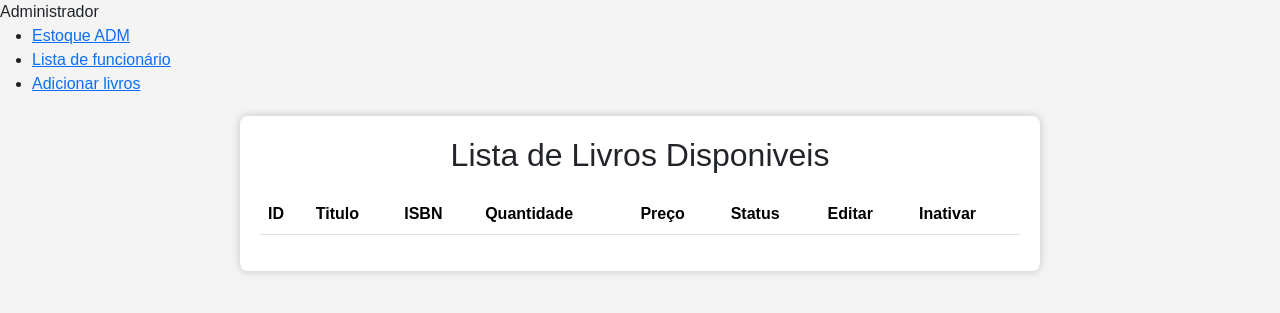
Repository: isabeli2203/tcc-final-agr-vai-oficial
Page: http://localhost/EstoqueADM
These files come from the project's save history. The page is drawn as it stood at one moment and after the next save; the edit follows.
The browser window is 1280 px wide. The pictures show the whole page.
The page is this project's Thymeleaf template; nobody is signed in. The template is opened directly, without the code that normally fills it, so the values that code supplies are empty.

Above is the page before, as saved 2023-10-14 17:48:43.

### universoliterario/src/main/resources/templates/EstoqueADM.html
<!DOCTYPE html>
<html lang="en">

<head>
	<meta charset="UTF-8">
	<meta name="viewport" content="width=device-width, initial-scale=1.0">
	<title>Lista de Livros</title>

	<script src="https://cdn.jsdelivr.net/npm/bootstrap@5.3.1/dist/js/bootstrap.min.js"
		integrity="sha384-Rx+T1VzGupg4BHQYs2gCW9It+akI2MM/mndMCy36UVfodzcJcF0GGLxZIzObiEfa"></script>
	<link href="https://cdn.jsdelivr.net/npm/bootstrap@5.3.1/dist/css/bootstrap.min.css" rel="stylesheet"
		integrity="sha384-4bw+/aepP/YC94hEpVNVgiZdgIC5+VKNBQNGCHeKRQN+PtmoHDEXuppvnDJzQIu9" crossorigin="anonymous">
	<style>
		body {
			font-family: Arial, sans-serif;
			margin: 0;
			padding: 0;
			background-color: #f4f4f4;
		}

		.container {
			max-width: 800px;
			margin: 20px auto;
			padding: 20px;
			background-color: #fff;
			border-radius: 8px;
			box-shadow: 0 0 10px rgba(0, 0, 0, 0.2);
		}

		h2 {
			text-align: center;
			margin-bottom: 20px;
		}

		.livro {
			border: 1px solid #ccc;
			border-radius: 4px;
			padding: 10px;
			margin-bottom: 10px;
			display: flex;
			justify-content: space-between;
			align-items: center;
		}

		.livro img {
			max-width: 100px;
			height: auto;
			margin-right: 10px;
		}

		.livro-info {
			flex: 1;
		}

		.livro-btns {
			display: flex;
			align-items: center;
		}

		.btn {
			background-color: #603fb6;
			color: #fff;
			padding: 5px 10px;
			border: none;
			border-radius: 4px;
			cursor: pointer;
			margin-left: 10px;
		}

		.btn-danger {
			background-color: #a682ff;
		}
	</style>
</head>

<body>
	<div class="sidebar">
		<div class="adm">Administrador</div>
		<ul class="menu">
			<li><a href="/universoliterario/funcionario/EstoqueADM">Estoque ADM</a></li>
			<li><a href="/universoliterario/funcionario/listaFun">Lista de funcionário</a></li>
			<li><a href="/universoliterario/funcionario/AdicionarLivroADM">Adicionar livros</a></li>
		</ul>
	</div>
		<div class="container">
		<h2>Lista de Livros Disponiveis</h2>

		<table class="table">
			<thead>
				<tr>

					<th scope="col">ID</th>
					<th scope="col">Titulo</th>
					<th scope="col">ISBN</th>
					<th scope="col">Quantidade</th>
					<th scope="col">Preço</th>
					<th scope="col">Status</th>
					<th scope="col">Editar</th>
					<th scope="col">Inativar</th>

				</tr>
			</thead>
			<tbody>
				<tr th:each="livro : ${livros}">
					<td th:text="${livro.id}"></td>
					<td th:text="${livro.titulo}"></td>
					<td th:text="${livro.isbn}"></td>
					<td th:text="${livro.quantidade}"></td>
					<td th:text="${livro.preco}"></td>
					<td th:text="${livro.statusLivro}"></td>
					<td><a th:href="@{/universoliterario/livros/EditarLivroADM/{id}(id=${livro.id})}"
							class="btn  btn-success btn-sm pb-0">
							Editar
						</a></td>
					<td><a th:href="@{/universoliterario/livros/inativarADM/{id}(id=${livro.id})}"
							class="btn  btn-success btn-sm pb-0">
							Inativar
						</a></td>
				</tr>
			</tbody>
		</table>
	</div>
</body>

</html>

After the next save:
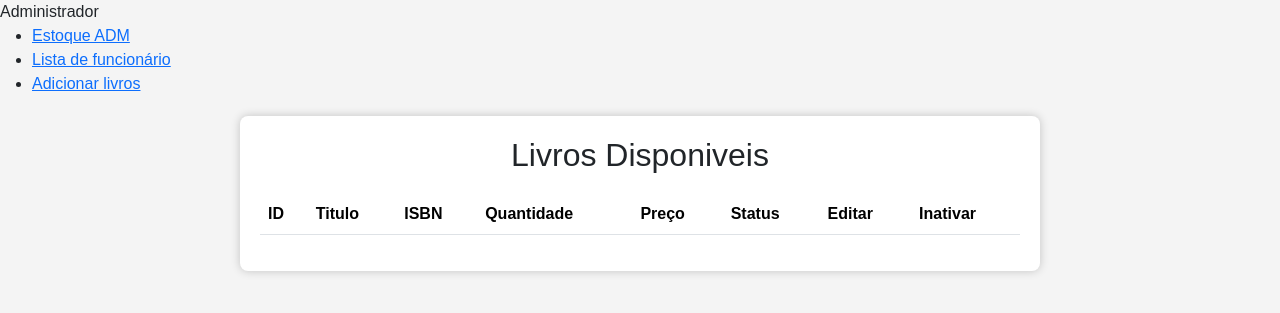
Saved 2 min 31 s later.
--- a/universoliterario/src/main/resources/templates/EstoqueADM.html
+++ b/universoliterario/src/main/resources/templates/EstoqueADM.html
@@ -83,7 +83,7 @@
 		</ul>
 	</div>
 		<div class="container">
-		<h2>Lista de Livros Disponiveis</h2>
+		<h2>Livros Disponiveis</h2>
 
 		<table class="table">
 			<thead>
